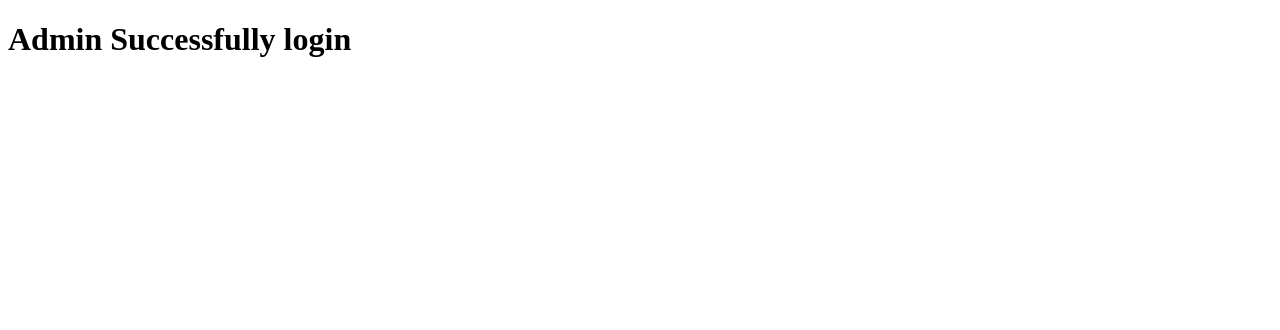
Repository: viraj2623/My_projects
Page: loginandregpr/src/main/webapp/main.html
The author's editor kept a copy of each file at every save. The page is drawn from the files as they stood at one save, then again after the next save.
The browser window is 1280 px wide. The pictures show the whole page.

Above is the page before, as saved 2025-03-05 07:55:24.

After the next save:
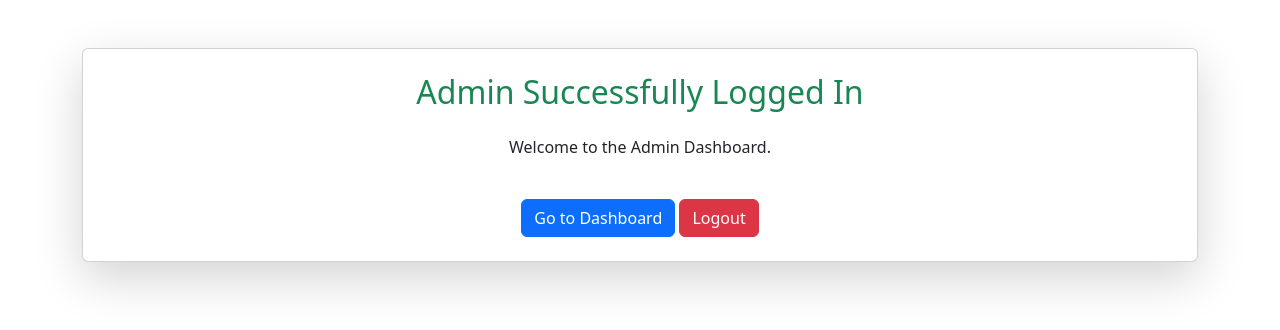
Saved 80 s later.
--- a/loginandregpr/src/main/webapp/main.html
+++ b/loginandregpr/src/main/webapp/main.html
@@ -1,12 +1,22 @@
 <!DOCTYPE html>
-<html>
+<html lang="en">
 <head>
-<meta charset="UTF-8">
-<title>Insert title here</title>
+    <meta charset="UTF-8">
+    <meta name="viewport" content="width=device-width, initial-scale=1.0">
+    <title>Admin Dashboard</title>
+    <link rel="stylesheet" href="https://cdnjs.cloudflare.com/ajax/libs/bootstrap/5.3.0/css/bootstrap.min.css">
 </head>
 <body>
-
-
-<h1>Admin Successfully login</h1>
+    <div class="container text-center mt-5">
+        <div class="card shadow-lg p-4">
+            <h2 class="text-success">Admin Successfully Logged In</h2>
+            <p class="mt-3">Welcome to the Admin Dashboard.</p>
+            <div class="mt-4">
+                <a href="dashboard.html" class="btn btn-primary">Go to Dashboard</a>
+                <a href="logout.html" class="btn btn-danger">Logout</a>
+            </div>
+        </div>
+    </div>
+    <script src="https://cdnjs.cloudflare.com/ajax/libs/bootstrap/5.3.0/js/bootstrap.bundle.min.js"></script>
 </body>
 </html>
